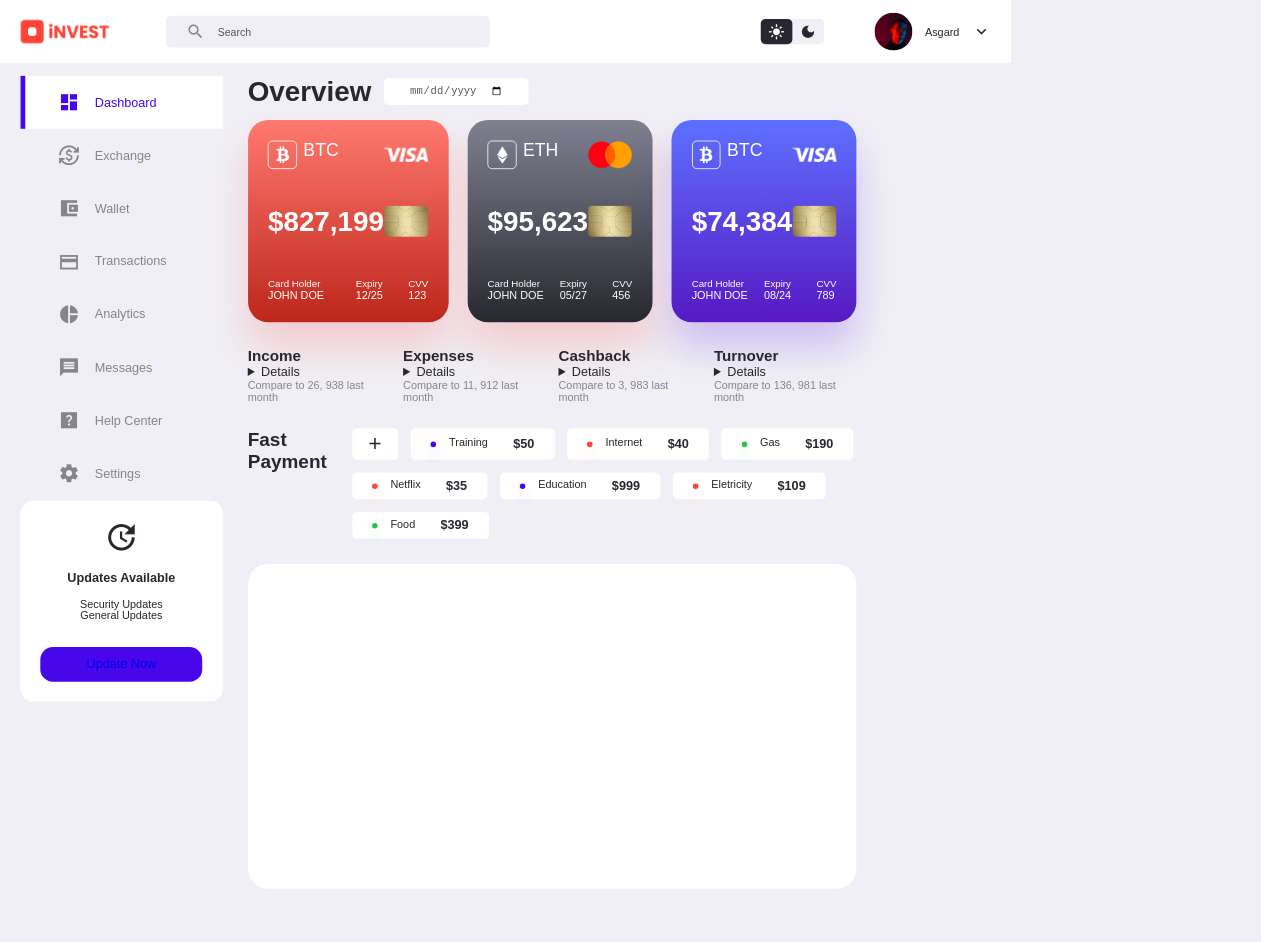
Repository: eziocdl/Admin_Dash
Page: index.html
These files come from the project's save history. The page is drawn as it stood at one moment and after the next save; the edit follows.
The browser window is 1280 px wide. The page is 1596 px wide, so the pictures cover 1596 px, including what lies to the right of the window. The pictures show the whole page, at 79% of full size.
Some web libraries are served in a nearby version.

Above is the page before, as saved 2023-06-14 15:06:53.
Console error: TypeError: chart is not a constructor

After the next save:
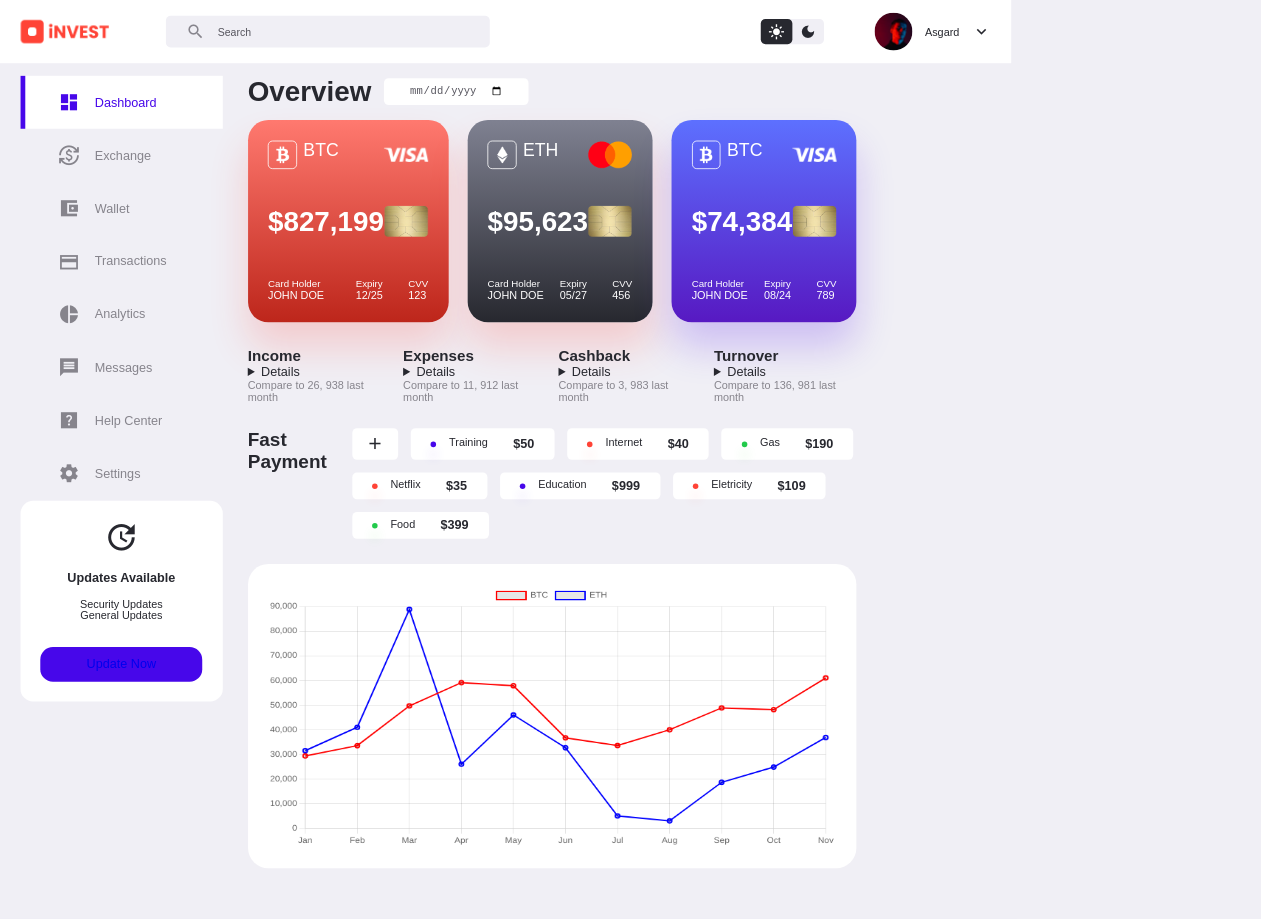
The error is gone.
Saved 22 s later.
--- a/main.js
+++ b/main.js
@@ -1,6 +1,6 @@
 const chart = document.querySelector("#chart").getContext('2d');
 
-new chart(chart, {
+new Chart(chart, {
     type: 'line',
     data: {
         labels: ['Jan', 'Feb', 'Mar', 'Apr', 'May', 'Jun',
